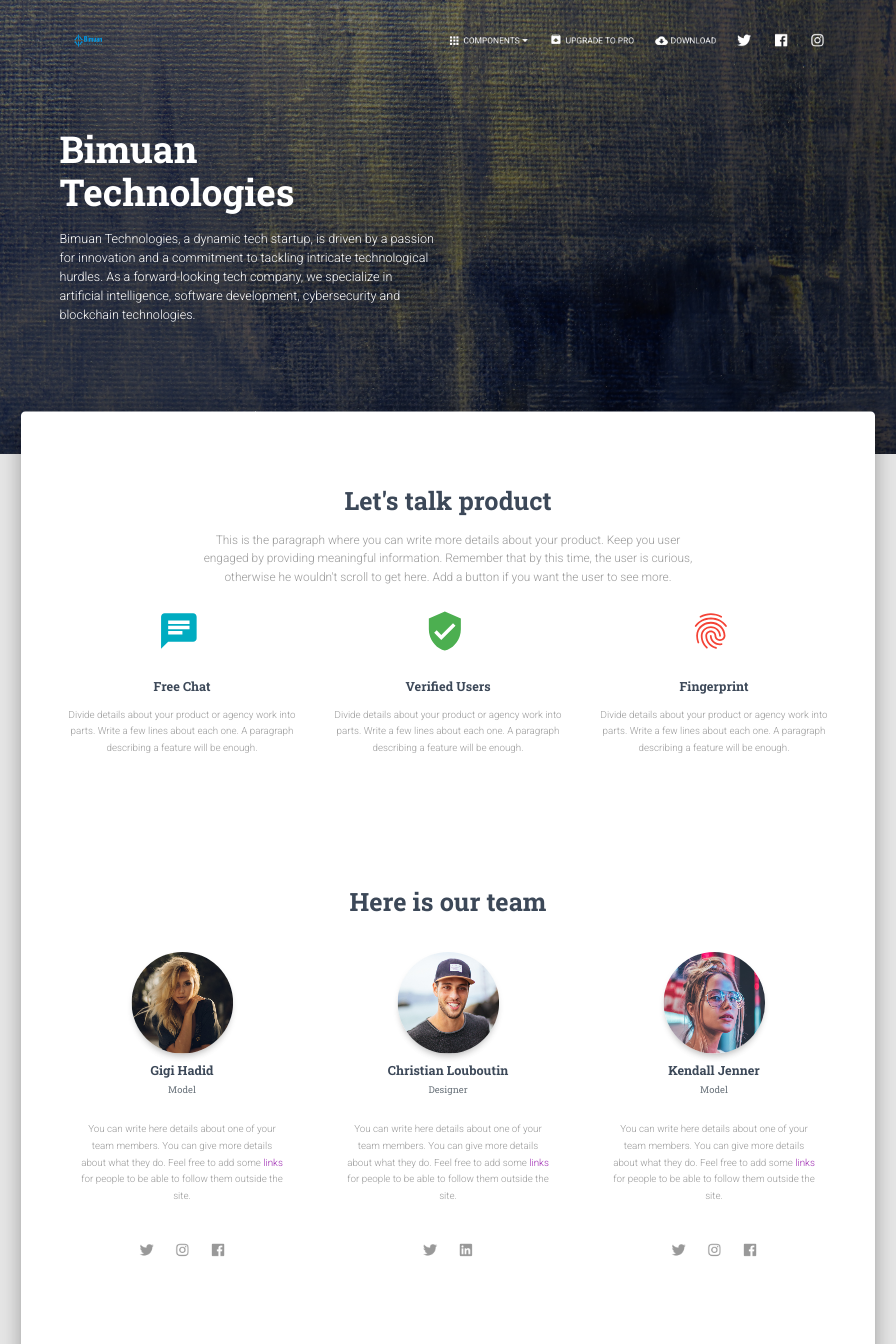
Repository: marcusdashe/bimuan-tech
Page: /
An editor plug-in stored every save of this project. The page is shown before and after the next save, followed by the edit.
The browser window is 1280 px wide. The pictures show the part of the page from y = 0 to 1920 px (the page is 2679 px tall), at 70% of full size.
Some web libraries are served in a nearby version. The project was rebuilt for these pictures with package versions that can differ from the ones it lists, and the page was loaded fresh each time. The framework's server and built-in components were replaced by stand-ins that run in the browser. Also part of the build but not shown: next.config.js.

Above is the page before, as saved 2023-10-30 14:04:21.

### pages/_app.js
/*!

=========================================================
* NextJS Material Kit v1.2.2 based on Material Kit Free - v2.0.2 (Bootstrap 4.0.0 Final Edition) and Material Kit React v1.8.0
=========================================================

* Product Page: https://www.creative-tim.com/product/nextjs-material-kit
* Copyright 2023 Creative Tim (https://www.creative-tim.com)
* Licensed under MIT (https://github.com/creativetimofficial/nextjs-material-kit/blob/main/LICENSE.md)

* Coded by Creative Tim

=========================================================

* The above copyright notice and this permission notice shall be included in all copies or substantial portions of the Software.

*/
import React from "react";
import App from "next/app";
import Head from "next/head";
import "/styles/scss/nextjs-material-kit.scss?v=1.2.0";

export default class MyApp extends App {
  componentDidMount() {
    let comment = document.createComment(`

=========================================================
* NextJS Material Kit v1.2.2 based on Material Kit Free - v2.0.2 (Bootstrap 4.0.0 Final Edition) and Material Kit React v1.8.0
=========================================================

* Product Page: https://www.creative-tim.com/product/nextjs-material-kit
* Copyright 2023 Creative Tim (https://www.creative-tim.com)
* Licensed under MIT (https://github.com/creativetimofficial/nextjs-material-kit/blob/main/LICENSE.md)

* Coded by Creative Tim

=========================================================

* The above copyright notice and this permission notice shall be included in all copies or substantial portions of the Software.

`);
    document.insertBefore(comment, document.documentElement);
  }
  static async getInitialProps({ Component, router, ctx }) {
    let pageProps = {};

    if (Component.getInitialProps) {
      pageProps = await Component.getInitialProps(ctx);
    }

    return { pageProps };
  }
  render() {
    const { Component, pageProps } = this.props;

    return (
      <React.Fragment>
        <Head>
          <meta
            name="viewport"
            content="width=device-width, initial-scale=1, shrink-to-fit=no"
          />
          <title>Bimuan Technologies</title>
        </Head>
        <Component {...pageProps} />
      </React.Fragment>
    );
  }
}

### styles/scss/nextjs-material-kit.scss
/*!

=========================================================
* NextJS Material Kit v1.2.2 based on Material Kit Free - v2.0.2 (Bootstrap 4.0.0 Final Edition) and Material Kit React v1.8.0
=========================================================

* Product Page: https://www.creative-tim.com/product/nextjs-material-kit
* Copyright 2023 Creative Tim (https://www.creative-tim.com)
* Licensed under MIT (https://github.com/creativetimofficial/nextjs-material-kit/blob/main/LICENSE.md)

* Coded by Creative Tim

=========================================================

* The above copyright notice and this permission notice shall be included in all copies or substantial portions of the Software.

*/
@import "core/variables";
@import "core/mixins";

// Core Components
@import "core/misc";
@import "core/page-transition";

// Core Plugins

// @import "plugins/plugin-datetime-picker";
@import "plugins/plugin-nouislider";
@import "plugins/plugin-react-datetime";
@import "plugins/plugin-react-slick";

### components/Header/Header.js
import React from "react";
import Image from "next/image";
import Link from "next/link";
// nodejs library that concatenates classes
import classNames from "classnames";
// nodejs library to set properties for components
import PropTypes from "prop-types";
// @material-ui/core components
import { makeStyles } from "@material-ui/core/styles";
import AppBar from "@material-ui/core/AppBar";
import Toolbar from "@material-ui/core/Toolbar";
import IconButton from "@material-ui/core/IconButton";
import Button from "@material-ui/core/Button";
import Hidden from "@material-ui/core/Hidden";
import Drawer from "@material-ui/core/Drawer";
// @material-ui/icons
import Menu from "@material-ui/icons/Menu";
// core components
import styles from "/styles/jss/nextjs-material-kit/components/headerStyle.js";

const useStyles = makeStyles(styles);

export default function Header(props) {
  const classes = useStyles();
  const [mobileOpen, setMobileOpen] = React.useState(false);
  React.useEffect(() => {
    if (props.changeColorOnScroll) {
      window.addEventListener("scroll", headerColorChange);
    }
    return function cleanup() {
      if (props.changeColorOnScroll) {
        window.removeEventListener("scroll", headerColorChange);
      }
    };
  });
  const handleDrawerToggle = () => {
    setMobileOpen(!mobileOpen);
  };
  const headerColorChange = () => {
    const { color, changeColorOnScroll } = props;
    const windowsScrollTop = window.pageYOffset;
    if (windowsScrollTop > changeColorOnScroll.height) {
      document.body
        .getElementsByTagName("header")[0]
        .classList.remove(classes[color]);
      document.body
        .getElementsByTagName("header")[0]
        .classList.add(classes[changeColorOnScroll.color]);
    } else {
      document.body
        .getElementsByTagName("header")[0]
        .classList.add(classes[color]);
      document.body
        .getElementsByTagName("header")[0]
        .classList.remove(classes[changeColorOnScroll.color]);
    }
  };
  const { color, rightLinks, leftLinks, brand, fixed, absolute } = props;
  const appBarClasses = classNames({
    [classes.appBar]: true,
    [classes[color]]: color,
    [classes.absolute]: absolute,
    [classes.fixed]: fixed,
  });
  const brandComponent = (
    <Link href="/" as="/components">
      <Button className={classes.title}>
        <Image src="/img/logo.png" width={50} height={50} />
      </Button>
    </Link>
  );
  return (
    <AppBar className={appBarClasses}>
      <Toolbar className={classes.container}>
        {leftLinks !== undefined ? brandComponent : null}
        <div className={classes.flex}>
          {leftLinks !== undefined ? (
            <Hidden smDown implementation="css">
              {leftLinks}
            </Hidden>
          ) : (
            brandComponent
          )}
        </div>
        <Hidden smDown implementation="css">
          {rightLinks}
        </Hidden>
        <Hidden mdUp>
          <IconButton
            color="inherit"
            aria-label="open drawer"
            onClick={handleDrawerToggle}
          >
            <Menu />
          </IconButton>
        </Hidden>
      </Toolbar>
      <Hidden mdUp implementation="js">
        <Drawer
          variant="temporary"
          anchor={"right"}
          open={mobileOpen}
          classes={{
            paper: classes.drawerPaper,
          }}
          onClose={handleDrawerToggle}
        >
          <div className={classes.appResponsive}>
            {leftLinks}
            {rightLinks}
          </div>
        </Drawer>
      </Hidden>
    </AppBar>
  );
}

Header.defaultProp = {
  color: "white",
};

Header.propTypes = {
  color: PropTypes.oneOf([
    "primary",
    "info",
    "success",
    "warning",
    "danger",
    "transparent",
    "white",
    "rose",
    "dark",
  ]),
  rightLinks: PropTypes.node,
  leftLinks: PropTypes.node,
  brand: PropTypes.string,
  fixed: PropTypes.bool,
  absolute: PropTypes.bool,
  // this will cause the sidebar to change the color from
  // props.color (see above) to changeColorOnScroll.color
  // when the window.pageYOffset is heigher or equal to
  // changeColorOnScroll.height and then when it is smaller than
  // changeColorOnScroll.height change it back to
  // props.color (see above)
  changeColorOnScroll: PropTypes.shape({
    height: PropTypes.number.isRequired,
    color: PropTypes.oneOf([
      "primary",
      "info",
      "success",
      "warning",
      "danger",
      "transparent",
      "white",
      "rose",
      "dark",
    ]).isRequired,
  }),
};

### styles/scss/core/variables/_shadow.scss
// Shadows (originally from mdl http://www.getmdl.io/)
$bmd-shadow-umbra-opacity: 0.2 !default;
$bmd-shadow-penumbra-opacity: 0.14 !default;
$bmd-shadow-ambient-opacity: 0.12 !default;

// Declare the following for reuse with both mixins and the bootstrap variables
$bmd-shadow-focus: 0 0 8px rgba($black, 0.18), 0 8px 16px rgba($black, 0.36);

$bmd-shadow-2dp: 0 2px 2px 0 rgba($black, $bmd-shadow-penumbra-opacity),
  0 3px 1px -2px rgba($black, $bmd-shadow-umbra-opacity),
  0 1px 5px 0 rgba($black, $bmd-shadow-ambient-opacity);

$bmd-shadow-3dp: 0 3px 4px 0 rgba($black, $bmd-shadow-penumbra-opacity),
  0 3px 3px -2px rgba($black, $bmd-shadow-umbra-opacity),
  0 1px 8px 0 rgba($black, $bmd-shadow-ambient-opacity);

$bmd-shadow-4dp: 0 4px 5px 0 rgba($black, $bmd-shadow-penumbra-opacity),
  0 1px 10px 0 rgba($black, $bmd-shadow-ambient-opacity),
  0 2px 4px -1px rgba($black, $bmd-shadow-umbra-opacity);

$bmd-shadow-6dp: 0 6px 10px 0 rgba($black, $bmd-shadow-penumbra-opacity),
  0 1px 18px 0 rgba($black, $bmd-shadow-ambient-opacity),
  0 3px 5px -1px rgba($black, $bmd-shadow-umbra-opacity);

$bmd-shadow-8dp: 0 8px 10px 1px rgba($black, $bmd-shadow-penumbra-opacity),
  0 3px 14px 2px rgba($black, $bmd-shadow-ambient-opacity),
  0 5px 5px -3px rgba($black, $bmd-shadow-umbra-opacity);

$bmd-shadow-16dp: 0 16px 24px 2px rgba($black, $bmd-shadow-penumbra-opacity),
  0 6px 30px 5px rgba($black, $bmd-shadow-ambient-opacity),
  0 8px 10px -5px rgba($black, $bmd-shadow-umbra-opacity);

$bmd-shadow-24dp: 0 9px 46px 8px rgba($black, $bmd-shadow-penumbra-opacity),
  0 11px 15px -7px rgba($black, $bmd-shadow-ambient-opacity),
  0 24px 38px 3px rgba($black, $bmd-shadow-umbra-opacity);

### styles/scss/core/variables/_functions.scss
// Bootstrap functions
//
// Utility mixins and functions for evalutating source code across our variables, maps, and mixins.

// Ascending
// Used to evaluate Sass maps like our grid breakpoints.
@mixin _assert-ascending($map, $map-name) {
  $prev-key: null;
  $prev-num: null;
  @each $key, $num in $map {
    @if $prev-num == null {
      // Do nothing
    } @else if not comparable($prev-num, $num) {
      @warn "Potentially invalid value for #{$map-name}: This map must be in ascending order, but key '#{$key}' has value #{$num} whose unit makes it incomparable to #{$prev-num}, the value of the previous key '#{$prev-key}' !";
    } @else if $prev-num >= $num {
      @warn "Invalid value for #{$map-name}: This map must be in ascending order, but key '#{$key}' has value #{$num} which isn't greater than #{$prev-num}, the value of the previous key '#{$prev-key}' !";
    }
    $prev-key: $key;
    $prev-num: $num;
  }
}

// Starts at zero
// Another grid mixin that ensures the min-width of the lowest breakpoint starts at 0.
@mixin _assert-starts-at-zero($map) {
  $values: map-values($map);
  $first-value: nth($values, 1);
  @if $first-value != 0 {
    @warn "First breakpoint in `$grid-breakpoints` must start at 0, but starts at #{$first-value}.";
  }
}

// Replace `$search` with `$replace` in `$string`
// Used on our SVG icon backgrounds for custom forms.
//
// @author Hugo Giraudel
// @param {String} $string - Initial string
// @param {String} $search - Substring to replace
// @param {String} $replace ('') - New value
// @return {String} - Updated string
@function str-replace($string, $search, $replace: "") {
  $index: str-index($string, $search);

  @if $index {
    @return str-slice($string, 1, $index - 1) + $replace +
      str-replace(
        str-slice($string, $index + str-length($search)),
        $search,
        $replace
      );
  }

  @return $string;
}

// Color contrast
@function color-yiq($color) {
  $r: red($color);
  $g: green($color);
  $b: blue($color);

  $yiq: (($r * 299) + ($g * 587) + ($b * 114)) / 1000;

  @if ($yiq >= $yiq-contrasted-threshold) {
    @return $yiq-text-dark;
  } @else {
    @return $yiq-text-light;
  }
}

// Retrieve color Sass maps
@function color($key: "blue") {
  @return map-get($colors, $key);
}

@function theme-color($key: "primary") {
  @return map-get($theme-colors, $key);
}

@function gray($key: "100") {
  @return map-get($grays, $key);
}

// Request a theme color level
@function theme-color-level($color-name: "primary", $level: 0) {
  $color: theme-color($color-name);
  $color-base: if($level > 0, #000, #fff);
  $level: abs($level);

  @return mix($color-base, $color, $level * $theme-color-interval);
}

### styles/scss/core/mixins/_colored-shadows.scss
@mixin shadow-big() {
  box-shadow: 0 16px 38px -12px rgba(0, 0, 0, $bmd-shadow-penumbra-opacity * 4),
    0 4px 25px 0px rgba(0, 0, 0, $bmd-shadow-ambient-opacity),
    0 8px 10px -5px rgba(0, 0, 0, $bmd-shadow-umbra-opacity);
}

@mixin shadow-big-image() {
  // new box shadow optimized for Tables and Phones
  box-shadow: 0 5px 15px -8px rgba(0, 0, 0, $bmd-shadow-ambient-opacity * 2),
    0 8px 10px -5px rgba(0, 0, 0, $bmd-shadow-umbra-opacity);
}

@mixin shadow-big-navbar() {
  box-shadow: 0 10px 20px -12px rgba(0, 0, 0, $bmd-shadow-penumbra-opacity * 3),
    0 3px 20px 0px rgba(0, 0, 0, $bmd-shadow-ambient-opacity),
    0 8px 10px -5px rgba(0, 0, 0, $bmd-shadow-umbra-opacity);
}

@mixin shadow-big-color($color) {
  // new box shadow optimized for Tables and Phones
  box-shadow: 0 5px 20px 0px rgba(0, 0, 0, 0.2),
    0 13px 24px -11px rgba($color, 0.6);
}

@mixin shadow-small-color($color) {
  // new box shadow optimized for Tablets and Phones
  box-shadow: 0 4px 20px 0px rgba(0, 0, 0, 0.14),
    0 7px 10px -5px rgba($color, 0.4);
}

@mixin shadow-navbar-color($color) {
  // new box shadow optimized for Tablets and Phones

  @if ($color == $white-color) {
    box-shadow: 0 4px 18px 0px rgba(0, 0, 0, 0.12),
      0 7px 10px -5px rgba(0, 0, 0, 0.15);
  } @else {
    box-shadow: 0 4px 20px 0px rgba(0, 0, 0, 0.14),
      0 7px 12px -5px rgba($color, 0.46);
  }
}

@mixin shadow-2dp() {
  box-shadow: 0 2px 2px 0 rgba(0, 0, 0, $bmd-shadow-penumbra-opacity),
    0 3px 1px -2px rgba(0, 0, 0, $bmd-shadow-ambient-opacity),
    0 1px 5px 0 rgba(0, 0, 0, $bmd-shadow-umbra-opacity);
}

@mixin shadow-4dp() {
  box-shadow: 0 4px 5px 0 rgba(0, 0, 0, $bmd-shadow-penumbra-opacity),
    0 1px 10px 0 rgba(0, 0, 0, $bmd-shadow-ambient-opacity),
    0 2px 4px -1px rgba(0, 0, 0, $bmd-shadow-umbra-opacity);
}

@mixin shadow-6dp() {
  box-shadow: 0 6px 10px 0 rgba(0, 0, 0, $bmd-shadow-penumbra-opacity),
    0 1px 18px 0 rgba(0, 0, 0, $bmd-shadow-ambient-opacity),
    0 3px 5px -1px rgba(0, 0, 0, $bmd-shadow-umbra-opacity);
}

@mixin shadow-8dp() {
  box-shadow: 0 8px 10px 1px rgba(0, 0, 0, $bmd-shadow-penumbra-opacity),
    0 3px 14px 2px rgba(0, 0, 0, $bmd-shadow-ambient-opacity),
    0 5px 5px -3px rgba(0, 0, 0, $bmd-shadow-umbra-opacity);
}

@mixin shadow-16dp() {
  box-shadow: 0 16px 24px 2px rgba(0, 0, 0, $bmd-shadow-penumbra-opacity),
    0 6px 30px 5px rgba(0, 0, 0, $bmd-shadow-ambient-opacity),
    0 8px 10px -5px rgba(0, 0, 0, $bmd-shadow-umbra-opacity);
}

@mixin shadow-2dp-color($color) {
  box-shadow: 0 2px 2px 0 rgba($color, $bmd-shadow-penumbra-opacity),
    0 3px 1px -2px rgba($color, $bmd-shadow-umbra-opacity),
    0 1px 5px 0 rgba($color, $bmd-shadow-ambient-opacity);
}

@mixin shadow-4dp-color($color) {
  box-shadow: 0 4px 5px 0 rgba($color, $bmd-shadow-penumbra-opacity),
    0 1px 10px 0 rgba($color, $bmd-shadow-ambient-opacity),
    0 2px 4px -1px rgba($color, $bmd-shadow-umbra-opacity);
}

@mixin shadow-8dp-color($color) {
  box-shadow: 0 8px 10px 1px rgba($color, $bmd-shadow-penumbra-opacity),
    0 3px 14px 2px rgba(0, 0, 0, $bmd-shadow-ambient-opacity),
    0 5px 5px -3px rgba($color, $bmd-shadow-umbra-opacity);
}

@mixin shadow-16dp-color($color) {
  box-shadow: 0 16px 24px 2px rgba($color, $bmd-shadow-penumbra-opacity),
    0 6px 30px 5px rgba(0, 0, 0, $bmd-shadow-ambient-opacity),
    0 8px 10px -5px rgba($color, $bmd-shadow-umbra-opacity);
}

@mixin button-shadow-color($color) {
  box-shadow: 0 14px 26px -12px rgba($color, $bmd-shadow-penumbra-opacity * 3),
    0 4px 23px 0px rgba(0, 0, 0, $bmd-shadow-ambient-opacity),
    0 8px 10px -5px rgba($color, $bmd-shadow-umbra-opacity);
}

@mixin shadow-z-1() {
  box-shadow: 0 1px 6px 0 rgba(0, 0, 0, 0.12), 0 1px 6px 0 rgba(0, 0, 0, 0.12);
}

@mixin shadow-z-1-hover() {
  box-shadow: 0 5px 11px 0 rgba(0, 0, 0, 0.18), 0 4px 15px 0 rgba(0, 0, 0, 0.15);
}

@mixin shadow-z-2() {
  box-shadow: 0 8px 17px 0 rgba(0, 0, 0, 0.2), 0 6px 20px 0 rgba(0, 0, 0, 0.19);
}

@mixin shadow-z-3() {
  box-shadow: 0 12px 15px 0 rgba(0, 0, 0, 0.24),
    0 17px 50px 0 rgba(0, 0, 0, 0.19);
}

@mixin shadow-z-4() {
  box-shadow: 0 16px 28px 0 rgba(0, 0, 0, 0.22),
    0 25px 55px 0 rgba(0, 0, 0, 0.21);
}

@mixin shadow-z-5() {
  box-shadow: 0 27px 24px 0 rgba(0, 0, 0, 0.2),
    0 40px 77px 0 rgba(0, 0, 0, 0.22);
}

### styles/scss/core/_misc.scss
html * {
  -webkit-font-smoothing: antialiased;
  -moz-osx-font-smoothing: grayscale;
}
body {
  font-size: 1rem;
}
body,
h1,
h2,
h3,
h4,
h5,
h6 {
  font-family: "Roboto", "Helvetica", "Arial", sans-serif;
  font-weight: 300;
  line-height: 1.5em;
}
h1,
h2,
h3,
h4,
h5,
h6 {
  color: inherit;
}
h1,
h2,
h3 {
  margin-top: 20px;
  margin-bottom: 10px;
}
h4,
h5,
h6 {
  margin-top: 10px;
  margin-bottom: 10px;
}
h1 {
  font-size: 3.3125rem;
  line-height: 1.15em;
}
h2 {
  font-size: 2.25rem;
  line-height: 1.5em;
}
h3 {
  font-size: 1.5625rem;
  line-height: 1.4em;
}
h4 {
  font-size: 1.125rem;
  line-height: 1.5em;
}
h5 {
  font-size: 1.0625rem;
  line-height: 1.55em;
}
h6 {
  font-size: 0.75rem;
  text-transform: uppercase;
  font-weight: 500;
}
p {
  font-size: 14px;
  margin: 0 0 10px;
}
html {
  font-family: sans-serif;
  line-height: 1.15;
  -webkit-text-size-adjust: 100%;
  -ms-text-size-adjust: 100%;
  -ms-overflow-style: scrollbar;
  -webkit-tap-highlight-color: transparent;
}
body {
  background-color: #e5e5e5;
  color: $black-color;
  margin: 0;
  font-size: 1rem;
  text-align: left;
}

legend {
  border-bottom: 0;
}

// Prevent highlight on mobile
* {
  -webkit-tap-highlight-color: rgba(255, 255, 255, 0);
  -webkit-tap-highlight-color: transparent;
  box-sizing: border-box;
  &:focus {
    outline: 0;
  }
}

a {
  color: $link-color;
  text-decoration: none;
  background-color: transparent;
  &:hover,
  &:focus {
    color: darken($link-color, 5%);
    text-decoration: none;
  }
}

label {
  font-size: 14px;
  line-height: 1.42857;
  color: $checkboxes-text-color;
  font-weight: 400;
}
small {
  font-size: 75%;
  color: #777;
  font-weight: 400;
}
img {
  vertical-align: middle;
  border-style: none;
}
form {
  margin-bottom: 1.125rem;
}

Loaded but not shown: styles/scss/core/_variables.scss (common file); styles/scss/core/variables/_bootstrap-material-design-base.scss (common file); styles/scss/core/variables/_brand.scss (common file); styles/scss/core/variables/_bootstrap-material-design.scss (common file); styles/scss/core/_mixins.scss (common file); styles/scss/core/_page-transition.scss (common file); styles/scss/plugins/_plugin-nouislider.scss (common file); styles/scss/plugins/_plugin-react-datetime.scss (common file); styles/scss/plugins/_plugin-react-slick.scss (common file); styles/jss/nextjs-material-kit/components/cardStyle.js (common file); styles/jss/nextjs-material-kit/components/cardBodyStyle.js (common file); styles/jss/nextjs-material-kit/components/cardFooterStyle.js (common file); styles/jss/nextjs-material-kit/components/buttonStyle.js (385 lines, source omitted); pages-sections/LandingPage-Sections/TeamSection.js (171 lines, source omitted); styles/jss/nextjs-material-kit.js (266 lines, source omitted); components/CustomDropdown/CustomDropdown.js (198 lines, source omitted); components/Header/HeaderLinks.js (131 lines, source omitted); styles/jss/nextjs-material-kit/components/customDropdownStyle.js (188 lines, source omitted); styles/jss/nextjs-material-kit/components/headerStyle.js (165 lines, source omitted); pages/index.js (96 lines, source omitted); components/Footer/Footer.js (91 lines, source omitted); styles/jss/nextjs-material-kit/components/headerLinksStyle.js (125 lines, source omitted); pages-sections/LandingPage-Sections/ProductSection.js (67 lines, source omitted); pages/_document.js (92 lines, source omitted); components/CustomInput/CustomInput.js (91 lines, source omitted); pages-sections/LandingPage-Sections/WorkSection.js (71 lines, source omitted); components/Parallax/Parallax.js (69 lines, source omitted); components/CustomButtons/Button.js (84 lines, source omitted); styles/jss/nextjs-material-kit/components/customInputStyle.js (89 lines, source omitted); components/InfoArea/InfoArea.js (56 lines, source omitted); styles/jss/nextjs-material-kit/components/footerStyle.js (59 lines, source omitted); styles/jss/nextjs-material-kit/components/infoStyle.js (68 lines, source omitted); components/Card/Card.js (36 lines, source omitted); styles/jss/nextjs-material-kit/imagesStyles.js (44 lines, source omitted); components/Card/CardFooter.js (32 lines, source omitted); components/Card/CardBody.js (32 lines, source omitted); styles/jss/nextjs-material-kit/pages/landingPageSections/teamStyle.js (47 lines, source omitted); components/Grid/GridItem.js (38 lines, source omitted); components/Grid/GridContainer.js (36 lines, source omitted); styles/jss/nextjs-material-kit/pages/landingPage.js (36 lines, source omitted); styles/jss/nextjs-material-kit/components/parallaxStyle.js (40 lines, source omitted); styles/jss/nextjs-material-kit/tooltipsStyle.js (29 lines, source omitted); styles/jss/nextjs-material-kit/pages/landingPageSections/workStyle.js (28 lines, source omitted); styles/jss/nextjs-material-kit/pages/landingPageSections/productStyle.js (20 lines, source omitted); styles/scss/core/variables/_variables.scss (945 lines, source omitted); styles/scss/core/variables/_colors.scss (315 lines, source omitted)

After the next save:
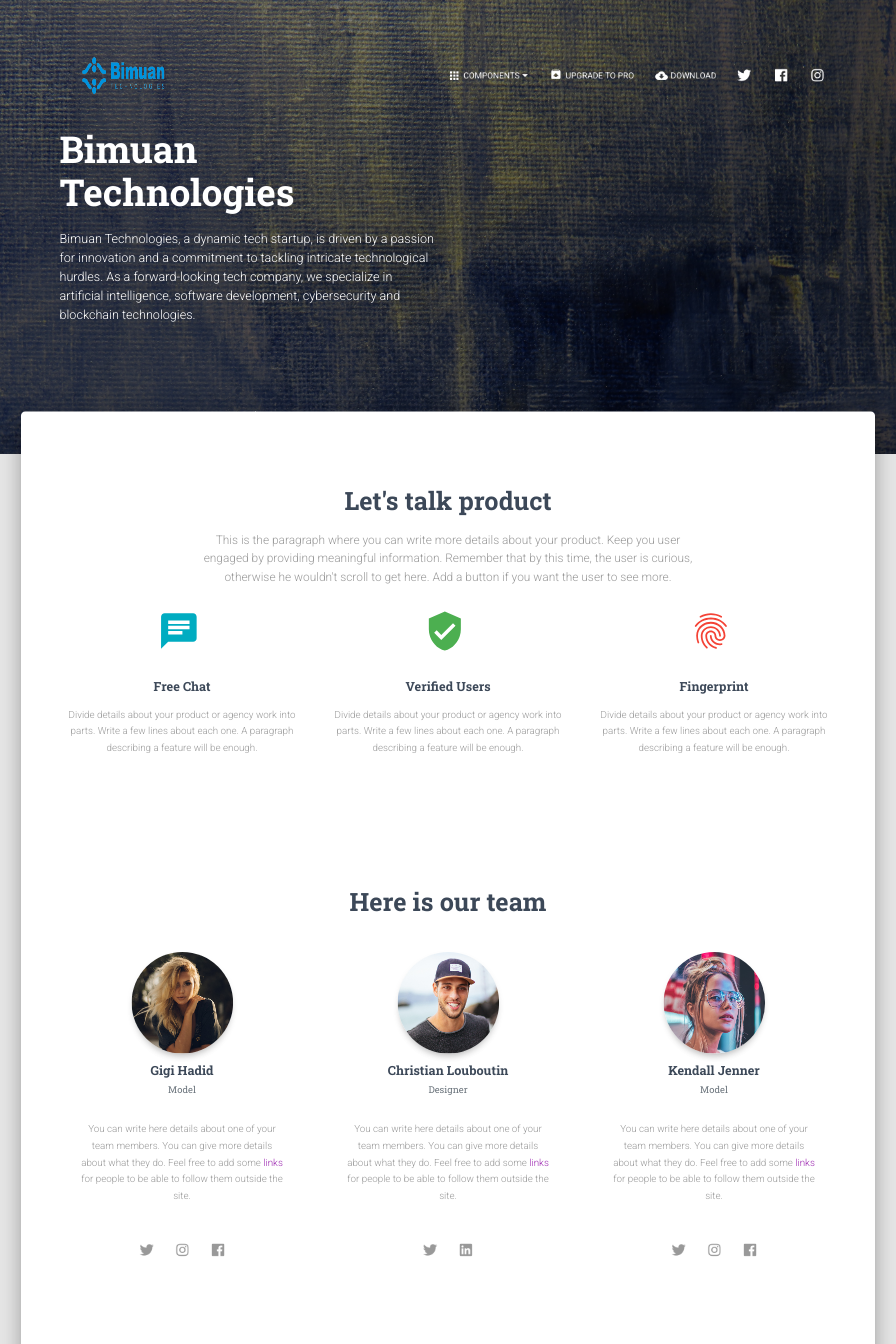
Saved 21 s later.
--- a/components/Header/Header.js
+++ b/components/Header/Header.js
@@ -65,7 +65,7 @@
   const brandComponent = (
     <Link href="/" as="/components">
       <Button className={classes.title}>
-        <Image src="/img/logo.png" width={50} height={50} />
+        <Image src="/img/logo.png" width={150} height={150} />
       </Button>
     </Link>
   );
